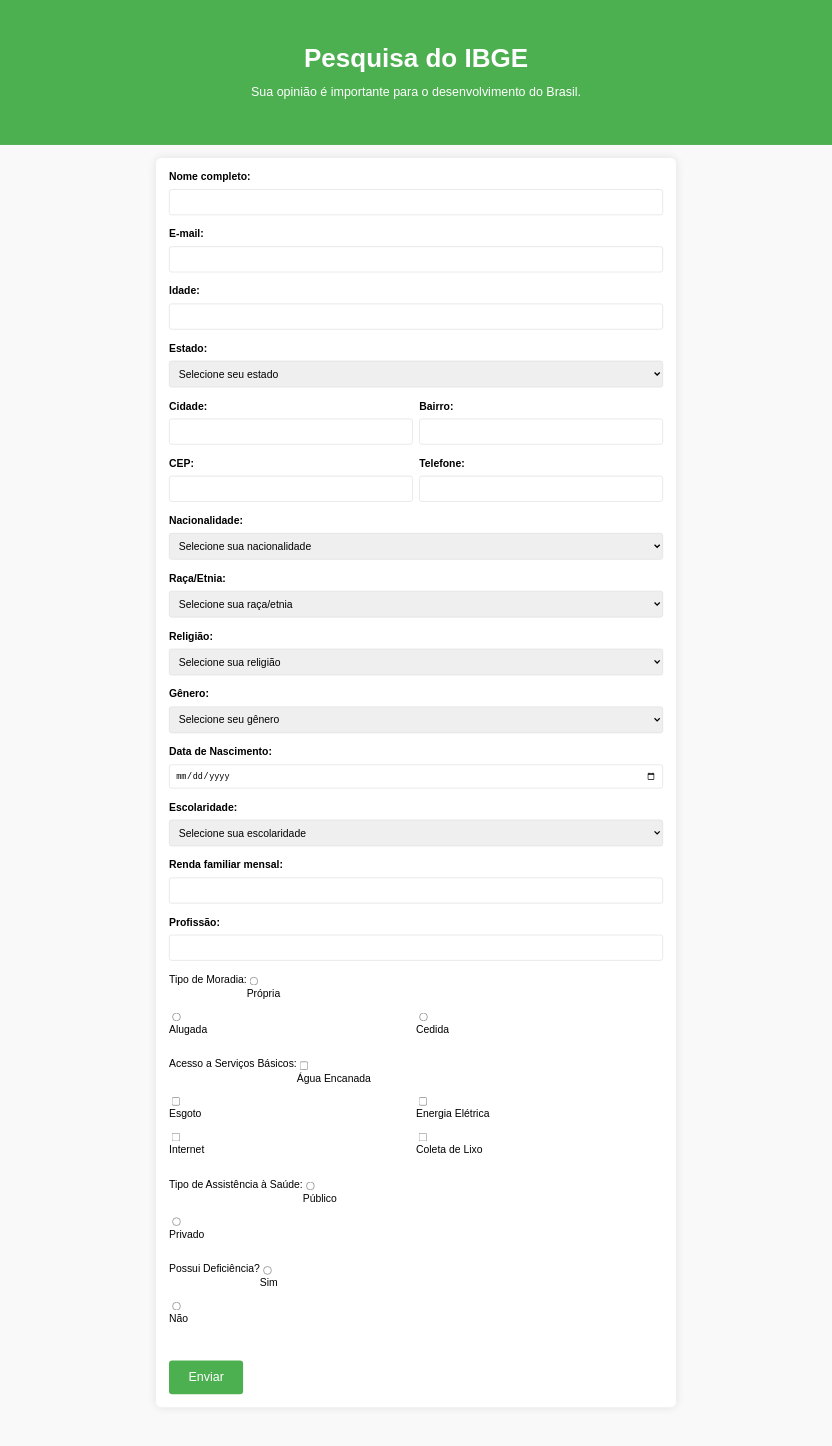
Repository: Gabrielb0rn/Projeto-Formul-rio.io
Page: index.html
The author's editor kept a copy of each file at every save. The page is drawn from the files as they stood at one save, then again after the next save.
The browser window is 1280 px wide. The pictures show the whole page, at 65% of full size.

Above is the page before, as saved 2024-07-01 08:04:15.

After the next save:
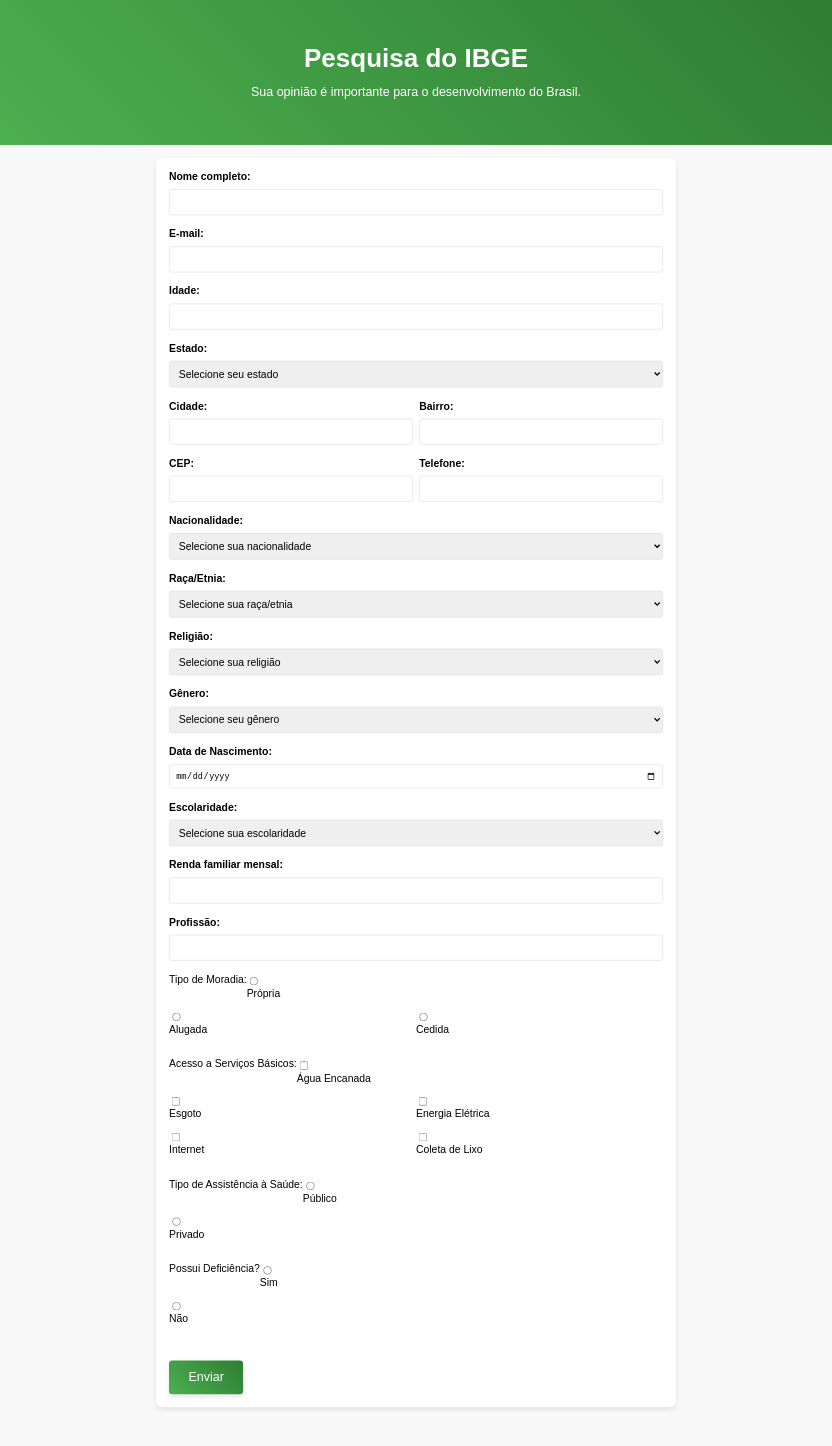
Saved 3 min 12 s later.
--- a/assets/style.css
+++ b/assets/style.css
@@ -7,7 +7,7 @@
 }
 
 header {
-    background-color: #4CAF50;
+    background: linear-gradient(45deg, #4CAF50, #2E7D32);
     color: white;
     padding: 20px 0;
     text-align: center;
@@ -35,8 +35,8 @@
 form {
     background-color: white;
     padding: 20px;
-    border-radius: 8px;
-    box-shadow: 0 0 15px rgba(0, 0, 0, 0.1);
+    border-radius: 10px;
+    box-shadow: 0 4px 8px rgba(0, 0, 0, 0.1);
     margin-bottom: 40px;
 }
 
@@ -70,7 +70,7 @@
 }
 
 button {
-    background-color: #4CAF50;
+    background: linear-gradient(45deg, #4CAF50, #2E7D32);
     color: white;
     border: none;
     padding: 15px 30px;
@@ -79,11 +79,13 @@
     border-radius: 5px;
     font-size: 1.2em;
     margin-top: 20px;
-    transition: background-color 0.3s ease;
+    transition: background 0.3s ease, transform 0.2s ease;
+    box-shadow: 0 4px 8px rgba(0, 0, 0, 0.1);
 }
 
 button:hover {
-    background-color: #45a049;
+    background: linear-gradient(45deg, #45a049, #388E3C);
+    transform: translateY(-2px);
 }
 
 /* Estilos Responsivos */
